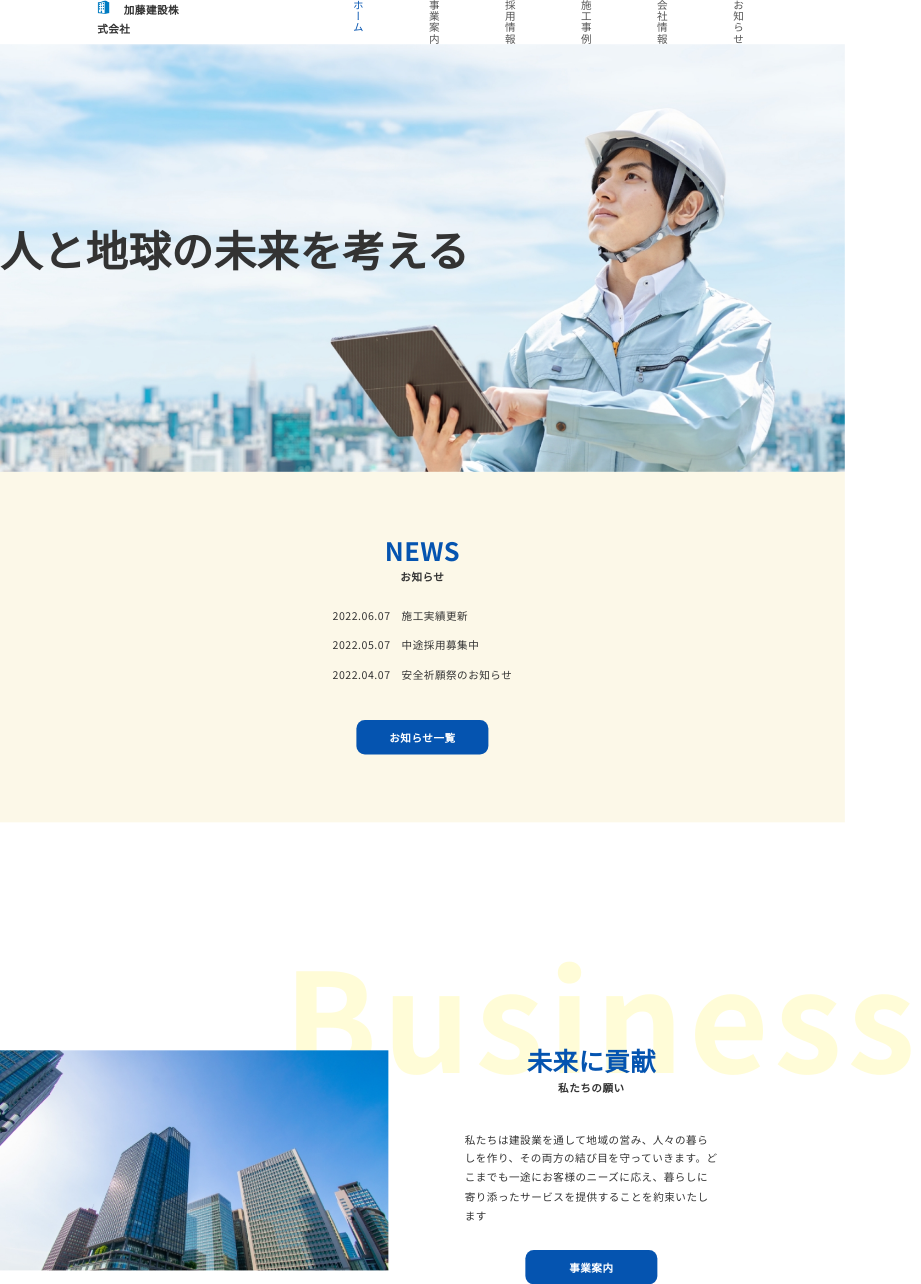
Repository: nozomi-23/hp1_test
Page: index.html
The author's editor kept a copy of each file at every save. The page is drawn from the files as they stood at one save, then again after the next save.
The browser window is 1280 px wide. The page is 1395 px wide, so the pictures cover 1395 px, including what lies to the right of the window. The pictures show the whole page, at 66% of full size.

Above is the page before, as saved 2022-06-12 15:09:57.

After the next save:
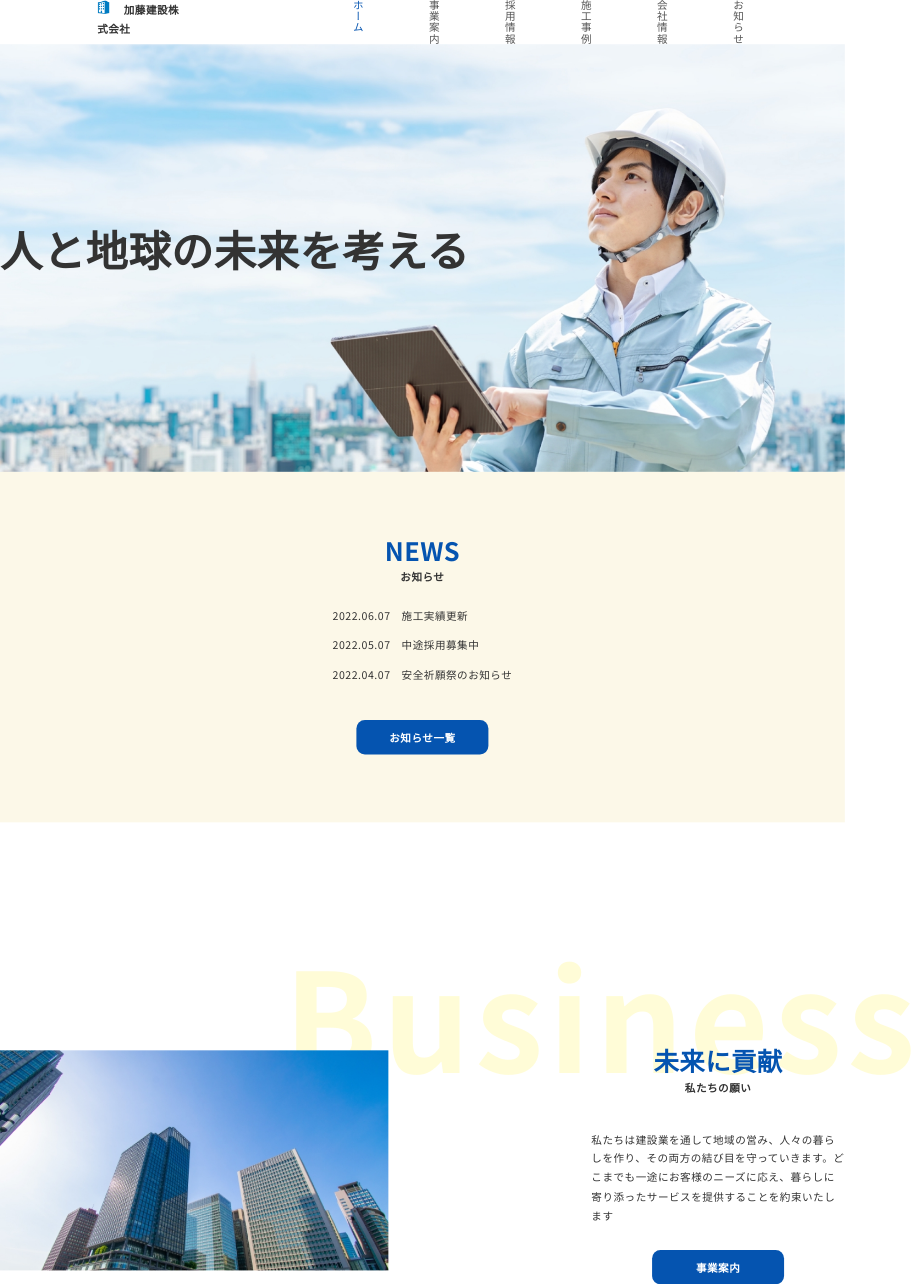
Saved 30 s later.
--- a/css/index.css
+++ b/css/index.css
@@ -101,8 +101,7 @@ business
 }
 .business_block_2 {
   width: 30%;
-  margin-right: 15%;
-
+d
 }
 
 .business_block_2 p {
